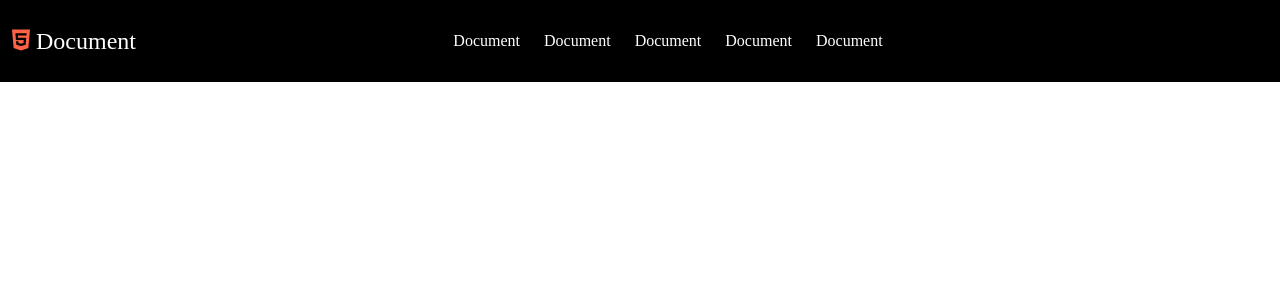
Repository: GoodHoneyCake/Dream_Coding_Academy2
Page: index.html
An editor plug-in stored every save of this project. The page is shown before and after the next save, followed by the edit.
The browser window is 1280 px wide. The pictures show the whole page.
Some web libraries are served in a nearby version.

Above is the page before, as saved 2021-01-07 16:29:37.

### index.html
<!DOCTYPE html>
<html lang="en">
  <head>
    <meta charset="UTF-8" />
    <meta name="viewport" content="width=device-width, initial-scale=1.0" />
    <title>Document</title>
    <link rel="stylesheet" href="style.css" />
    <script
      src="https://kit.fontawesome.com/c90a48a564.js"
      crossorigin="anonymous"
    ></script>
  </head>
  <body>
    <nav class="navbar">
      <div class="navbar__logo">
        <i class="fab fa-html5"></i>
        <a href="">Document</a>
      </div>
      <ul class="navbar__menu">
        <li><a href="">Document</a></li>
        <li><a href="">Document</a></li>
        <li><a href="">Document</a></li>
        <li><a href="">Document</a></li>
        <li><a href="">Document</a></li>
      </ul>
      <ul class="navbar__links">
        <i class="fab fa-html5"></i>
        <i class="fab fa-html5"></i>
      </ul>
    </nav>
  </body>
</html>

### style.css
body {
  margin: 0;
}

a {
  text-decoration: none;
  color: white;
}

.navbar {
  display: flex;
  justify-content: space-between;
  align-items: center;
  background-color: black;
  padding: 8px 12px;
}

.navbar__logo {
  font-size: 24px;
  color: white;
}

.navbar__logo i {
  color: tomato;
}

.navbar__menu {
  display: flex;
  list-style: none;
  padding-left: 0;
}

.navbar__menu li {
  padding: 8px 12px;
}

After the next save:
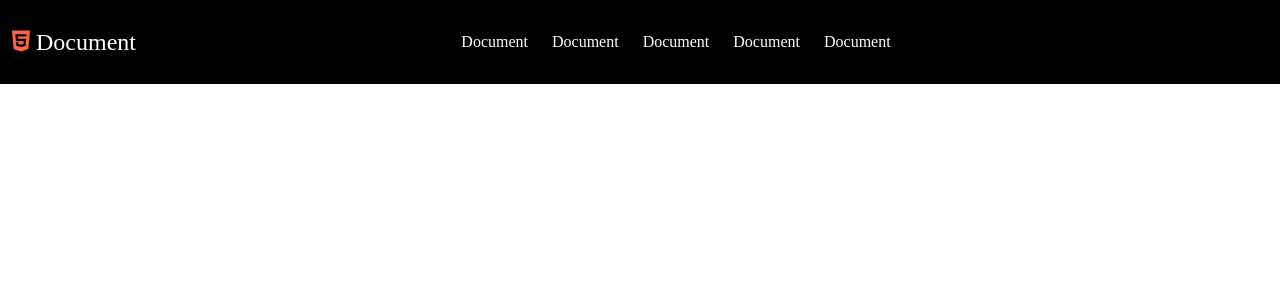
Saved 25 s later.
--- a/index.html
+++ b/index.html
@@ -23,9 +23,9 @@
         <li><a href="">Document</a></li>
         <li><a href="">Document</a></li>
       </ul>
-      <ul class="navbar__links">
-        <i class="fab fa-html5"></i>
-        <i class="fab fa-html5"></i>
+      <ul class="navbar__icons">
+        <li><i class="fab fa-html5"></i></li>
+        <li><i class="fab fa-html5"></i></li>
       </ul>
     </nav>
   </body>
